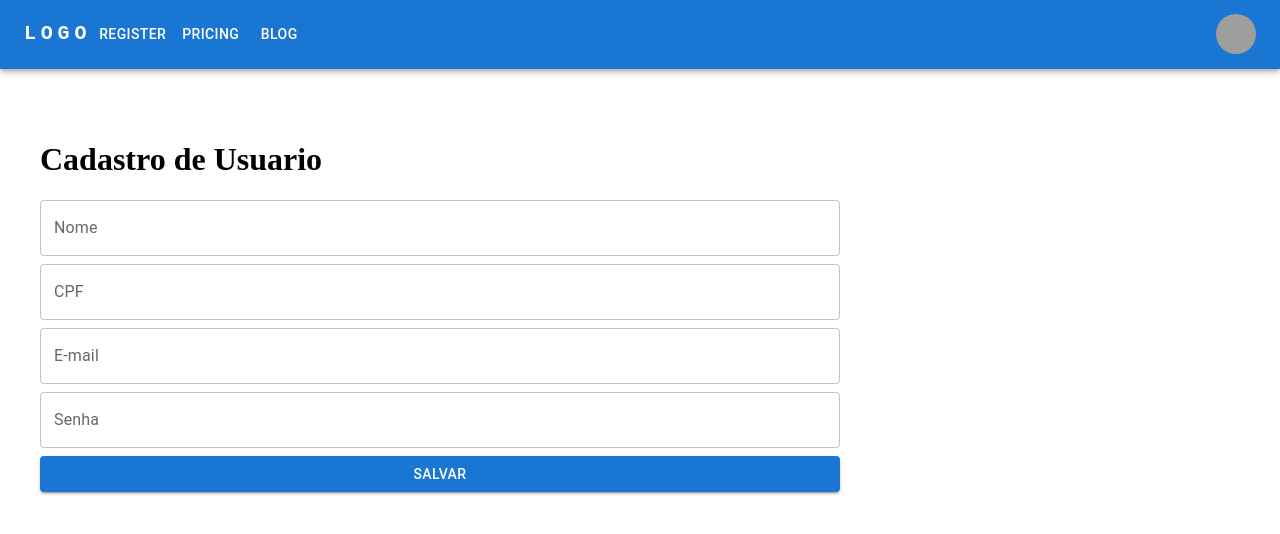
Repository: GabrielLeao02/sistema-react
Page: /register
These files come from the project's save history. The page is drawn as it stood at one moment and after the next save; the edit follows.
The browser window is 1280 px wide. The pictures show the whole page.
Pictures or frames that could not be fetched are drawn as grey boxes. The project was rebuilt for these pictures with package versions that can differ from the ones it lists, and the page was loaded fresh each time. Also part of the build but not shown: src/presenter/home/home.tsx.

Above is the page before, as saved 2023-07-24 15:00:21.

### index.html
<!DOCTYPE html>
<html lang="en">
  <head>
    <meta charset="UTF-8" />
    <link rel="icon" type="image/svg+xml" href="/vite.svg" />
    <meta name="viewport" content="width=device-width, initial-scale=1.0" />
    <title>Vite + React + TS</title>
    <style>
      html, body{
        margin: 0;
        padding: 0;
        box-sizing: border-box;
      }
    </style>
  </head>
  <body>
    <div id="root"></div>
    <script type="module" src="/src/main.tsx"></script>
  </body>
</html>

### src/App.tsx

import { Routes, Route, BrowserRouter } from 'react-router-dom';
import Home from './presenter/home/home';
import Register from './presenter/register/register';
import NavBar from './presenter/navBar/navBar';
import ContainerGlobal from './presenter/containerGlobal/containerGlobal';

function App() {
	return (
		<>
			<NavBar />
			<ContainerGlobal>
				<BrowserRouter>
					<Routes>
						<Route path='/' element={<Home />} />
						<Route path='/home' element={<Home />} />
						<Route path='/register' element={<Register />} />
					</Routes>
				</BrowserRouter>
			</ContainerGlobal>
		</>
	);
}

export default App;

### src/presenter/register/register.tsx
import { styled } from "styled-components";
import Button from '@mui/material/Button';
import NavBar from '../navBar/navBar';
import { useState } from 'react';
import FormUser from "../form/formUser";

const ContainerStyled = styled.div`
  box-sizing: border-box;
  width: 80%;
  display: flex;
  justify-content: center;
  flex-direction: column;
  align-items: start;
  margin-top: 80px;
`;

const DivRowStyled = styled.div`
    box-sizing: border-box;
    display: flex;
    gap: 5px 10px;
`


function Register() {
    const [mostrarBotao, setMostrar] = useState(true);

    return (
        <>

            <ContainerStyled>
                <h1>Cadastro de Usuario</h1>
                <FormUser />
            </ContainerStyled>
        </>
    )
}
export default Register

### src/presenter/navBar/navBar.tsx
import * as React from 'react';
import AppBar from '@mui/material/AppBar';
import Box from '@mui/material/Box';
import Toolbar from '@mui/material/Toolbar';
import IconButton from '@mui/material/IconButton';
import Typography from '@mui/material/Typography';
import Menu from '@mui/material/Menu';
import MenuIcon from '@mui/icons-material/Menu';
import Container from '@mui/material/Container';
import Avatar from '@mui/material/Avatar';
import Button from '@mui/material/Button';
import Tooltip from '@mui/material/Tooltip';
import MenuItem from '@mui/material/MenuItem';
import { styled } from "styled-components";

const NavBarStyled = styled.div`
  box-sizing: border-box;
  position: absolute;
  top: 0;
  width: 100%;
  display: flex;
  border: non;
  justify-content: space-between;
  align-items: center;
`;

const pages = ['register', 'Pricing', 'Blog'];
const settings = ['Profile', 'Account', 'Dashboard', 'Logout'];

const NavBar: React.VFC = () => {
    const [anchorElNav, setAnchorElNav] = React.useState<null | HTMLElement>(null);
    const [anchorElUser, setAnchorElUser] = React.useState<null | HTMLElement>(null);

    const handleOpenNavMenu = (event: React.MouseEvent<HTMLElement>) => {
        setAnchorElNav(event.currentTarget);
    };
    const handleOpenUserMenu = (event: React.MouseEvent<HTMLElement>) => {
        setAnchorElUser(event.currentTarget);
    };

    const handleCloseNavMenu = (event: string) => {
        window.location.href = "/" + event;
    };

    const handleCloseUserMenu = () => {
        setAnchorElUser(null);
    };

    return (
        <NavBarStyled>
            <AppBar position="static">
                <Container maxWidth="xl">
                    <Toolbar disableGutters>
                        <Typography
                            variant="h6"
                            noWrap
                            component="a"
                            href="/home"
                            sx={{
                                fontFamily: 'monospace',
                                fontWeight: 700,
                                letterSpacing: '.3rem',
                                color: 'inherit',
                                textDecoration: 'none',
                            }}
                        >
                            LOGO
                        </Typography>

                        <Box sx={{ flexGrow: 1, display: { xs: 'flex', md: 'none' } }}>
                            <IconButton
                                size="large"
                                aria-label="account of current user"
                                aria-controls="menu-appbar"
                                aria-haspopup="true"
                                onClick={handleOpenNavMenu}
                                color="inherit"
                            >
                                <MenuIcon />
                            </IconButton>
                            <Menu
                                id="menu-appbar"
                                anchorEl={anchorElNav}
                                anchorOrigin={{
                                    vertical: 'bottom',
                                    horizontal: 'left',
                                }}
                                keepMounted
                                transformOrigin={{
                                    vertical: 'top',
                                    horizontal: 'left',
                                }}
                                open={Boolean(anchorElNav)}
                                onClose={handleCloseNavMenu}
                                sx={{
                                    display: { xs: 'block', md: 'none' },
                                }}
                            >
                                {pages.map((page) => (
                                    <MenuItem key={page} onClick={() => handleCloseNavMenu(page)}>
                                        <Typography textAlign="center">{page}</Typography>
                                    </MenuItem>
                                ))}
                            </Menu>
                        </Box>

                        <Box sx={{ flexGrow: 1, display: { xs: 'none', md: 'flex' } }}>
                            {pages.map((page) => (
                                <Button
                                    key={page}
                                    onClick={() => handleCloseNavMenu(page)}
                                    sx={{ my: 2, color: 'white', display: 'block' }}
                                >
                                    {page}
                                </Button>
                            ))}
                        </Box>

                        <Box sx={{ flexGrow: 0 }}>
                            <Tooltip title="Open settings">
                                <IconButton onClick={handleOpenUserMenu} sx={{ p: 0 }}>
                                    <Avatar alt="Remy Sharp" src="/static/images/avatar/2.jpg" />
                                </IconButton>
                            </Tooltip>
                            <Menu
                                sx={{ mt: '45px' }}
                                id="menu-appbar"
                                anchorEl={anchorElUser}
                                anchorOrigin={{
                                    vertical: 'top',
                                    horizontal: 'right',
                                }}
                                keepMounted
                                transformOrigin={{
                                    vertical: 'top',
                                    horizontal: 'right',
                                }}
                                open={Boolean(anchorElUser)}
                                onClose={handleCloseUserMenu}
                            >
                                {settings.map((setting) => (
                                    <MenuItem key={setting} onClick={handleCloseUserMenu}>
                                        <Typography textAlign="center">{setting}</Typography>
                                    </MenuItem>
                                ))}
                            </Menu>
                        </Box>
                    </Toolbar>
                </Container>
            </AppBar>
        </NavBarStyled>
    );
};

export default NavBar;

### src/presenter/containerGlobal/containerGlobal.tsx
import styled from "styled-components";

const ContainerGlobal = styled.div`
    padding: 40px;
    box-sizing: border-box;
    width: 100%;

`
export default ContainerGlobal

### src/presenter/form/formUser.tsx
import React, { useState } from "react";
import Button from "@mui/material/Button";
import TextField from "@mui/material/TextField";
import styled from "styled-components";
import ContainerGlobal from "../containerGlobal/containerGlobal";
import { SelectChangeEvent } from '@mui/material/Select';
import { isCNPJ, formatToCNPJ, isCPF } from 'brazilian-values';
import bcrypt from 'bcryptjs';
const FormStyled = styled.div`
  box-sizing: border-box;
  display: flex;
  flex-direction: column;
  width: 100%;
  max-width: 800px;
  gap: 8px;
`;

function FormUser() {
    const [usuario_email_error, setUsuarioEmailError] = useState(false);
    const [emailErrorText, setEmailErrorText] = useState("");
    const [cpfErrorText, setCpfErrorText] = useState("");
    const [isCpf, setIsCpf] = useState(false);
    const [formData, setFormData] = useState({
        usuario_nome: "",
        usuario_cpf: "",
        usuario_email: "",
        usuario_senha: ""

    });

    const handleChange = (e: SelectChangeEvent<string[]> | React.ChangeEvent<{ name: string; value: unknown }>) => {
        const { name, value } = e.target as HTMLInputElement;
        setFormData((prevData) => ({ ...prevData, [name]: value }));
    };

    const isEmailValid = (email: string) => {
        // Expressão regular para validar o email
        const emailRegex = /^[^\s@]+@[^\s@]+\.[^\s@]+$/;
        return emailRegex.test(email);
    };


    const handleSubmit = async () => {
        try {
            const { usuario_nome, usuario_cpf, usuario_email, usuario_senha } = formData;

            if (!isCPF(usuario_cpf)) {
                setIsCpf(true)
                setCpfErrorText("Cpf Invalido!")
                return;
            } else {
                setIsCpf(false)
                setCpfErrorText("")
            }

            if (!isEmailValid(usuario_email)) {
                setUsuarioEmailError(true)
                setEmailErrorText("Insira um email valido!")
                return;
            } else {
                setUsuarioEmailError(false)
                setEmailErrorText("")
            }

            const saltRounds = 10;
            const hashedPassword = await bcrypt.hash(usuario_senha, saltRounds);
            formData.usuario_senha = hashedPassword;
            const response = await fetch("http://localhost:5000/salvarusuario", {
                method: "POST",
                headers: {
                    "Content-Type": "application/json",
                },
                body: JSON.stringify(formData),
            });

            if (!response.ok) {
                throw new Error("Erro ao salvar os dados do formulário");
            }

            console.log(response.json());
            // Opcionalmente, você pode redefinir os campos do formulário aqui
            setFormData({
                usuario_nome: "",
                usuario_cpf: "",
                usuario_email: "",
                usuario_senha: ""
            });
        } catch (error) {
            console.error(error);
        }
    };

    return (
        <>

                <FormStyled>
                    <TextField
                        id="usuario_nome"
                        name="usuario_nome"
                        label="Nome"
                        variant="outlined"
                        value={formData.usuario_nome}
                        onChange={handleChange}
                    />
                    <TextField
                        id="usuario_cpf"
                        name="usuario_cpf"
                        label="CPF"
                        error={isCpf}
                        variant="outlined"
                        value={formData.usuario_cpf}
                        onChange={handleChange}
                        helperText={cpfErrorText}
                    />
                    <TextField
                        id="usuario_email"
                        name="usuario_email"
                        error={usuario_email_error}
                        label="E-mail"
                        type="email"
                        variant="outlined"
                        value={formData.usuario_email}
                        onChange={handleChange}
                        helperText={emailErrorText}
                    />                    <TextField
                        id="usuario_senha"
                        name="usuario_senha"
                        error={usuario_email_error}
                        label="Senha"
                        type="password"
                        variant="outlined"
                        value={formData.usuario_senha}
                        onChange={handleChange}
                        helperText={emailErrorText}
                    />

                    <Button variant="contained" onClick={handleSubmit}>
                        Salvar
                    </Button>
                </FormStyled>

        </>
    );
}

export default FormUser;

Loaded but not shown: src/main.tsx (common file)

After the next save:
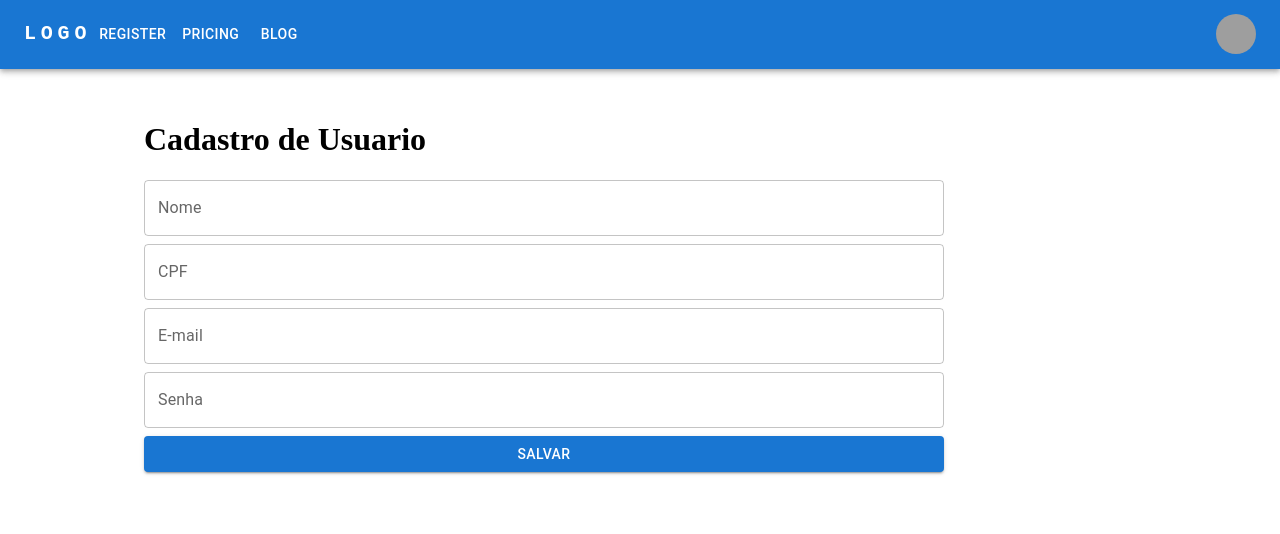
Saved 35 s later.
--- a/src/presenter/containerGlobal/containerGlobal.tsx
+++ b/src/presenter/containerGlobal/containerGlobal.tsx
@@ -1,9 +1,11 @@
 import styled from "styled-components";
 
 const ContainerGlobal = styled.div`
-    padding: 40px;
+    padding: 20px;
     box-sizing: border-box;
     width: 100%;
+    display: flex;
+    justify-content: center;
 
 `
 export default ContainerGlobal
